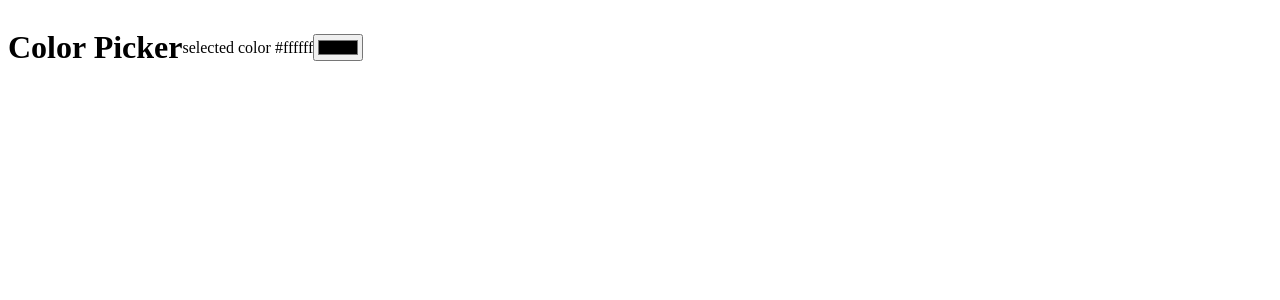
Repository: wakoya-tech/color-picker
Page: /
The author's editor kept a copy of each file at every save. The page is drawn from the files as they stood at one save, then again after the next save.
The browser window is 1280 px wide. The pictures show the whole page.
The project was rebuilt for these pictures with package versions that can differ from the ones it lists, and the page was loaded fresh each time. Also part of the build but not shown: vite.config.js, src/index.css.

Above is the page before, as saved 2025-10-16 20:41:26.

### src/App.jsx
import { useState } from 'react'
import reactLogo from './assets/react.svg'
import './App.css'
import ColorPicker from './ColorPicker'

function App() {
return(<>

<ColorPicker/>
</>)
}

export default App

### src/App.css
body{
  background-color: white;
}
.color-picker-container{
  display: flex;
  align-items: center;
  justify-items: center;
}

### src/ColorPicker.jsx
import React, { useState } from 'react'

function ColorPicker() {
  const [color,setColor]=useState("#ffffff");
function handleColorChange(e)
{
  setColor(e.target.value);
}
  return (
    <div className='color-picker-container'>
<h1>Color Picker</h1>
<div className='color-display' style={{backgroundColor :color}}>
  <p>selected color {color}</p>
</div>
    <div>
      <label Select a color></label>
      <input type="color" onChange={handleColorChange}/>
    </div>
    </div>
  )
}

export default ColorPicker

Loaded but not shown: index.html (common file); src/main.jsx (common file)

After the next save:
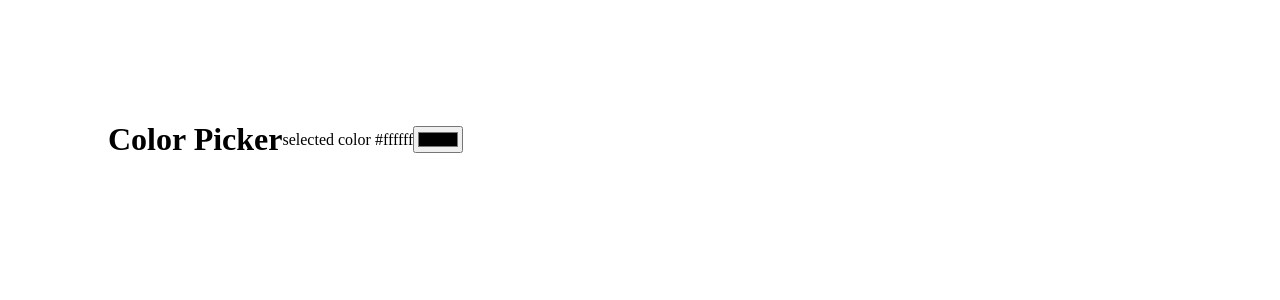
Saved 26 s later.
--- a/src/App.css
+++ b/src/App.css
@@ -5,4 +5,5 @@ body{
   display: flex;
   align-items: center;
   justify-items: center;
+  margin: 100px;
 }
